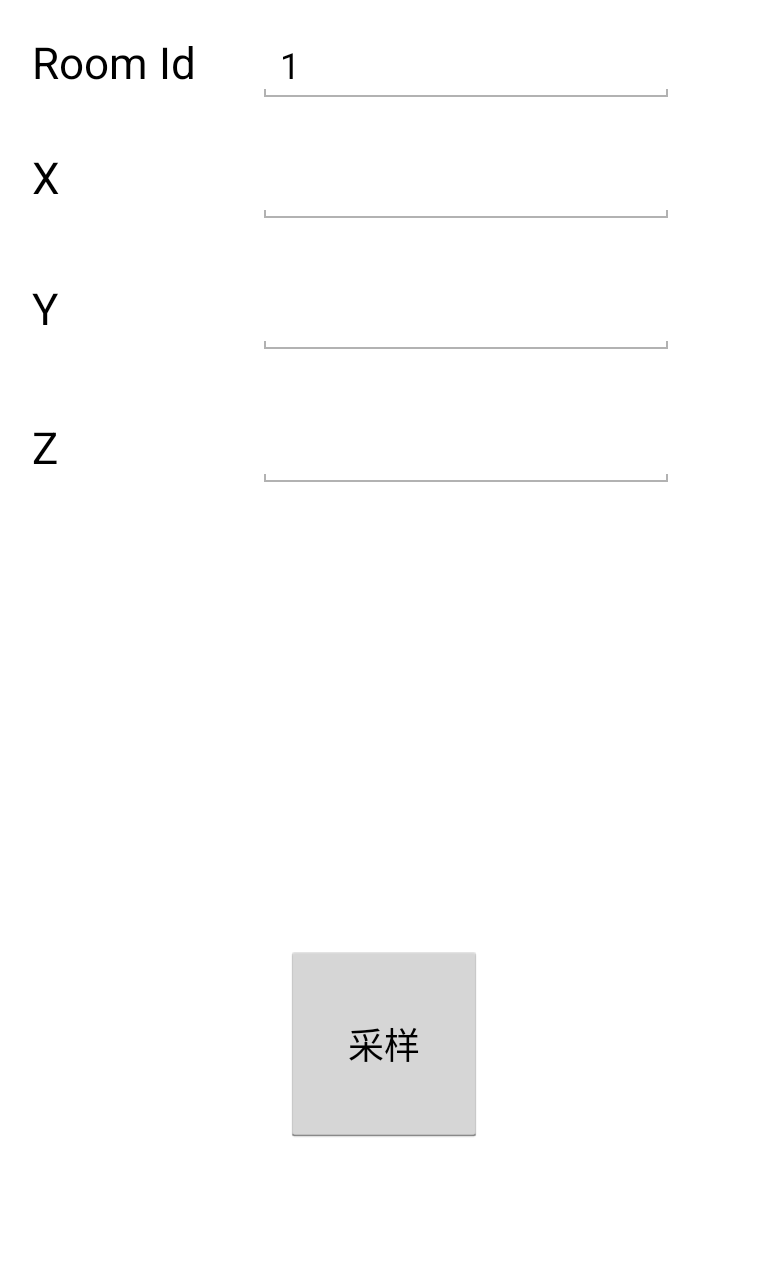
Repository: RenchuSong/tMap_Android
Layout: tmap_model_tool/res/layout/wifi_conllector.xml
An editor plug-in stored every save of this project. The layout is shown before and after the next save, followed by the edit.
It is drawn on a 768 x 1280 px phone screen (xhdpi) without system bars, with theme AppTheme; the app's code is not run.

Above is the layout before, as saved 2014-04-20 11:42:36.

After the next save:
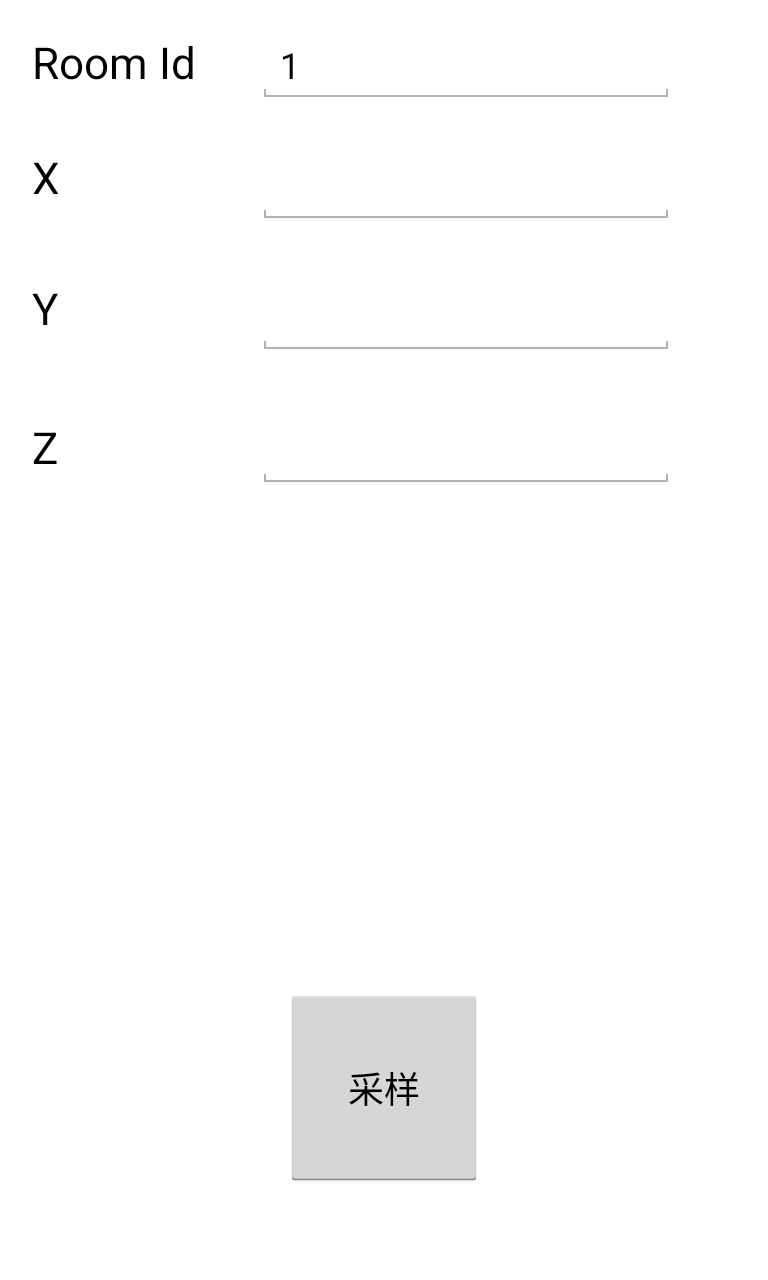
Saved 7 s later.
--- a/tmap_model_tool/res/layout/wifi_conllector.xml
+++ b/tmap_model_tool/res/layout/wifi_conllector.xml
@@ -93,7 +93,7 @@
         android:layout_height="100dp"
         android:layout_alignParentBottom="true"
         android:layout_centerHorizontal="true"
-        android:layout_marginBottom="52dp"
+        android:layout_marginBottom="30dp"
         android:text="采样" />
 
 </RelativeLayout>
